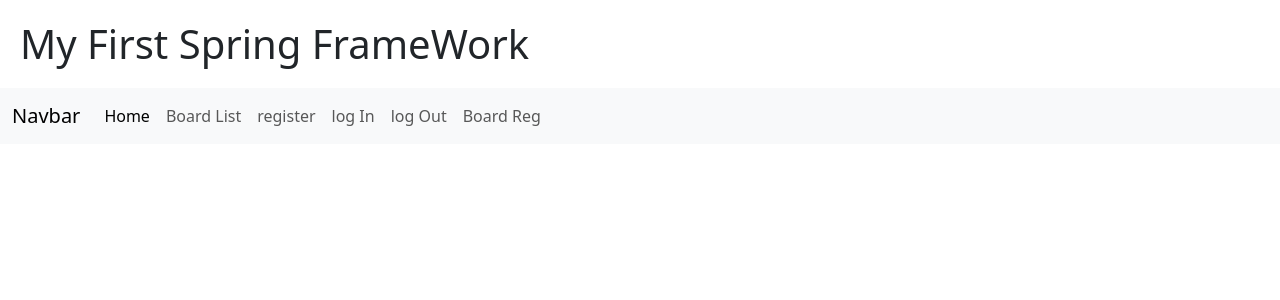
Repository: Leesunghoon1/SpringEz
Page: http://localhost/springProject/WEB-INF/views/member/login.jsp
These files come from the project's save history. The page is drawn as it stood at one moment and after a run of saves; the edit follows.
The browser window is 1280 px wide. The pictures show the whole page.
The page is served by Tomcat 9. Nobody is signed in. Other server files are loaded and not shown. The template is opened directly, without the code that normally fills it, so the values that code supplies are empty.

Above is the page before, as saved 2023-10-27 12:12:04.

### springProject/src/main/webapp/WEB-INF/views/member/login.jsp
<%@ page language="java" contentType="text/html; charset=UTF-8"
    pageEncoding="UTF-8"%>
    <%@ taglib uri="http://java.sun.com/jsp/jstl/core" prefix="c"%>
<!DOCTYPE html>
<html>
<head>
<meta charset="UTF-8">
<title>Insert title here</title>
</head>
<body>
<jsp:include page="../common/header.jsp" />
<jsp:include page="../common/nav.jsp"/>

</body>
</html>

### springProject/src/main/webapp/WEB-INF/views/common/header.jsp
<%@ page language="java" contentType="text/html; charset=UTF-8"
    pageEncoding="UTF-8"%>
    <%@ taglib uri="http://java.sun.com/jsp/jstl/core" prefix="c"%>
<!DOCTYPE html>
<html>
<head>
<meta charset="UTF-8">
<title>Insert title here</title>
<link href="https://cdn.jsdelivr.net/npm/bootstrap@5.3.1/dist/css/bootstrap.min.css" rel="stylesheet" integrity="sha384-4bw+/aepP/YC94hEpVNVgiZdgIC5+VKNBQNGCHeKRQN+PtmoHDEXuppvnDJzQIu9" crossorigin="anonymous">
<script src="https://cdn.jsdelivr.net/npm/bootstrap@5.3.1/dist/js/bootstrap.bundle.min.js" integrity="sha384-HwwvtgBNo3bZJJLYd8oVXjrBZt8cqVSpeBNS5n7C8IVInixGAoxmnlMuBnhbgrkm" crossorigin="anonymous"></script>
<style type="text/css">

h1, p {
	margin: 20px
}
</style>
</head>
<body>
<h1>My First Spring FrameWork</h1>
</body>
</html>

### springProject/src/main/webapp/WEB-INF/views/common/nav.jsp
<%@ page language="java" contentType="text/html; charset=UTF-8"
    pageEncoding="UTF-8"%>
    <%@ taglib uri="http://java.sun.com/jsp/jstl/core" prefix="c"%>
<!DOCTYPE html>
<html>
<head>
<meta charset="UTF-8">
<title>Insert title here</title>
</head>
<body>
<header>
<nav class="navbar navbar-expand-lg bg-body-tertiary">
  <div class="container-fluid">
    <a class="navbar-brand" href="#">Navbar</a>
    <button class="navbar-toggler" type="button" data-bs-toggle="collapse" data-bs-target="#navbarSupportedContent" aria-controls="navbarSupportedContent" aria-expanded="false" aria-label="Toggle navigation">
      <span class="navbar-toggler-icon"></span>
    </button>
    <div class="collapse navbar-collapse" id="navbarSupportedContent">
      <ul class="navbar-nav me-auto mb-2 mb-lg-0">
        <li class="nav-item">
          <a class="nav-link active" aria-current="page" href="#">Home</a>
        </li>
        <li class="nav-item">
          <a class="nav-link" href="/board/list">Board List</a>
        </li>


        <li class="nav-item">
          <a class="nav-link" href="/member/register">register</a>
        </li>

              <li class="nav-item">
          <a class="nav-link" href="/member/loging">log In</a>
        </li>

              <li class="nav-item">
          <a class="nav-link" href="/member/logout">log Out</a>
        </li>


        <li class="nav-item">
          <a class="nav-link" href="/board/register">Board Reg</a>
        </li>



      </ul>

    </div>
  </div>
</nav>
</header>
</body>
</html>

After the next 2 saves:
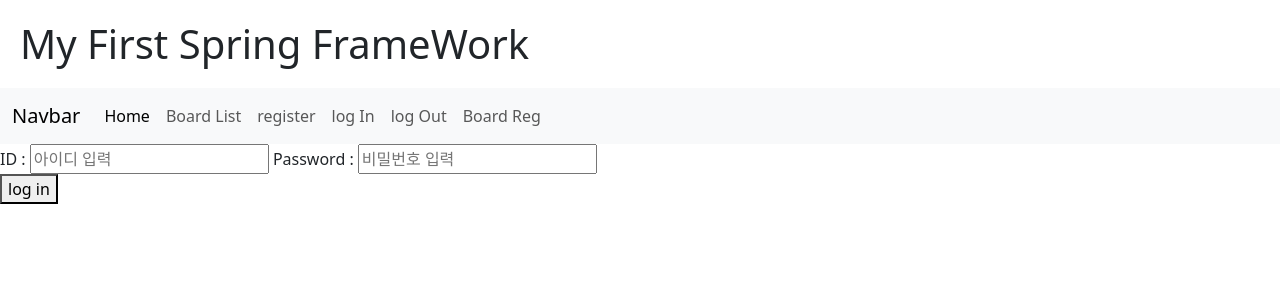
The 2 saves are shown as one change because 1 did not build or start.
The last was saved 57 s later.
--- a/springProject/src/main/webapp/WEB-INF/views/member/login.jsp
+++ b/springProject/src/main/webapp/WEB-INF/views/member/login.jsp
@@ -10,6 +10,12 @@
 <body>
 <jsp:include page="../common/header.jsp" />
 <jsp:include page="../common/nav.jsp"/>
+<form action="/member/login" method="post">
+ID : <input type="text" name="id" placeholder="아이디 입력">
+Password : <input type="password" name="pw" placeholder="비밀번호 입력">
+<br>
+<button type="submit">log in</button>
+</form>
 
 </body>
 </html>
